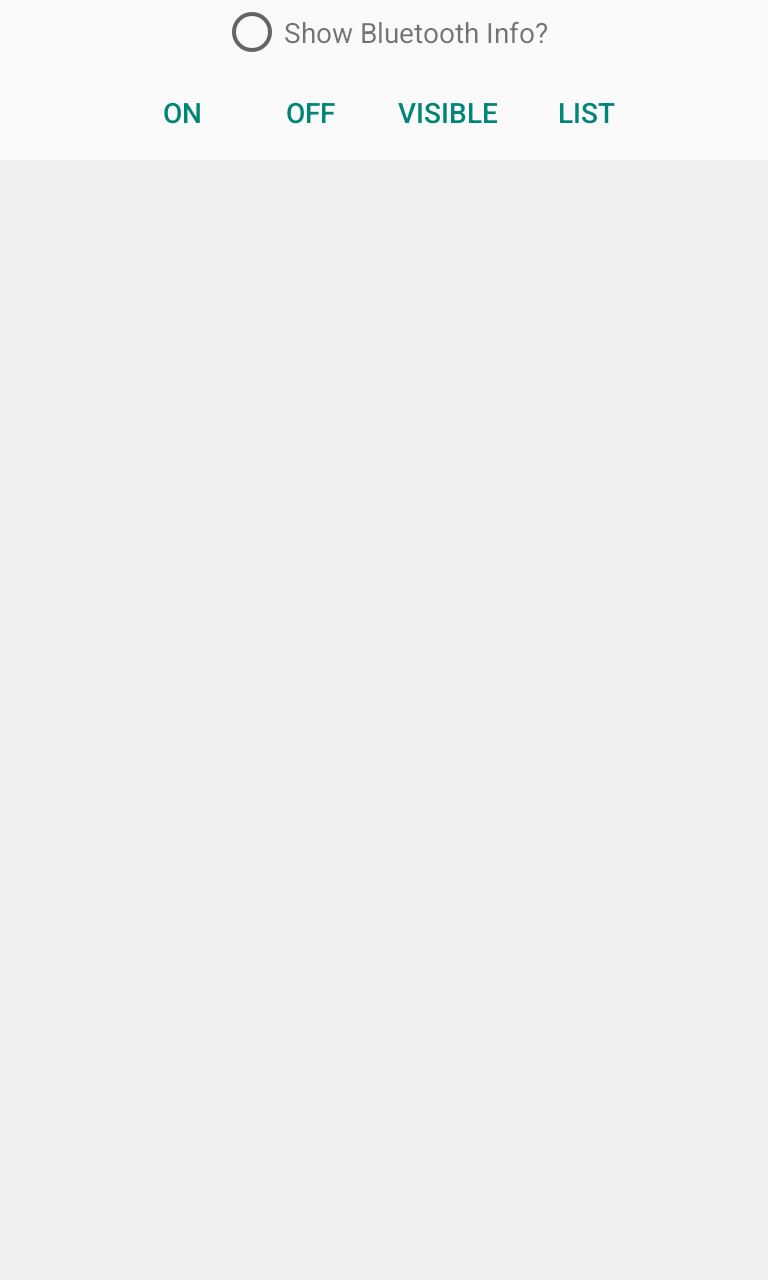
Repository: sdenom01/Anduino
Layout: Anduino/res/layout/activity_main.xml
An editor plug-in stored every save of this project. The layout is shown before and after the next save, followed by the edit.
It is drawn on a 768 x 1280 px phone screen (xhdpi) without system bars, with theme AppTheme; the app's code is not run. Lists and similar views that code fills are empty.

Above is the layout before, as saved 2014-07-08 21:41:50.

### Anduino/res/layout/activity_main.xml
<LinearLayout xmlns:android="http://schemas.android.com/apk/res/android"
    xmlns:tools="http://schemas.android.com/tools"
    android:layout_width="match_parent"
    android:layout_height="match_parent"
    android:orientation="vertical"
    tools:context="${packageName}.${activityClass}" >

    <LinearLayout
        android:id="@+id/bluetoothToggleLayout"
        android:layout_width="match_parent"
        android:layout_height="wrap_content"
        android:gravity="center"
        android:orientation="horizontal" >

        <RadioButton
            android:id="@+id/bluetoothToggle"
            android:layout_width="wrap_content"
            android:layout_height="wrap_content" />

        <TextView
            android:id="@+id/bluetoothToggleTitle"
            android:layout_width="wrap_content"
            android:layout_height="wrap_content"
            android:text="@string/ToggleBluetooth" />
    </LinearLayout>

    <!-- Bluetooth Information goes here -->

    <LinearLayout
        android:id="@+id/bluetoothInformation"
        android:layout_width="wrap_content"
        android:layout_height="wrap_content"
        android:orientation="vertical" >

        <LinearLayout
            android:layout_width="wrap_content"
            android:layout_height="wrap_content"
            android:layout_gravity="center"
            android:orientation="horizontal" >

            <Button
                android:id="@+id/button1"
                style="?android:attr/buttonBarButtonStyle"
                android:layout_width="wrap_content"
                android:layout_height="wrap_content"
                android:clickable="true"
                android:onClick="on"
                android:text="@string/On" />

            <Button
                android:id="@+id/button2"
                style="?android:attr/buttonBarButtonStyle"
                android:layout_width="wrap_content"
                android:layout_height="wrap_content"
                android:clickable="true"
                android:onClick="off"
                android:text="@string/Off" />

            <Button
                android:id="@+id/button3"
                style="?android:attr/buttonBarButtonStyle"
                android:layout_width="wrap_content"
                android:layout_height="wrap_content"
                android:clickable="true"
                android:onClick="visible"
                android:text="@string/Visible" />

            <Button
                android:id="@+id/button4"
                style="?android:attr/buttonBarButtonStyle"
                android:layout_width="wrap_content"
                android:layout_height="wrap_content"
                android:clickable="true"
                android:onClick="list"
                android:text="@string/List" />
        </LinearLayout>

        <LinearLayout
            android:layout_width="wrap_content"
            android:layout_height="wrap_content"
            android:orientation="horizontal" >

            <ListView
                android:id="@+id/listView1"
                android:layout_width="wrap_content"
                android:layout_height="wrap_content" />
        </LinearLayout>
    </LinearLayout>

    <!-- Color Picker will go here -->

    <LinearLayout
        android:id="@+id/colorPicker"
        android:layout_width="match_parent"
        android:layout_height="match_parent"
        android:background="#f0f0f0"
        android:orientation="horizontal" >
    </LinearLayout>

</LinearLayout>

### Anduino/res/values/strings.xml
<?xml version="1.0" encoding="utf-8"?>
<resources>

    <string name="app_name">Anduino</string>
    <string name="On">On</string>
    <string name="Off">Off</string>
    <string name="Visible">Visible</string>
    <string name="List">List</string>
    <string name="ToggleBluetooth">Show Bluetooth Info?</string>
</resources>

Loaded but not shown: Anduino/res/values/styles.xml (common file); Anduino/res/values-v11/styles.xml (common file); Anduino/res/values-v14/styles.xml (common file)

After the next save:
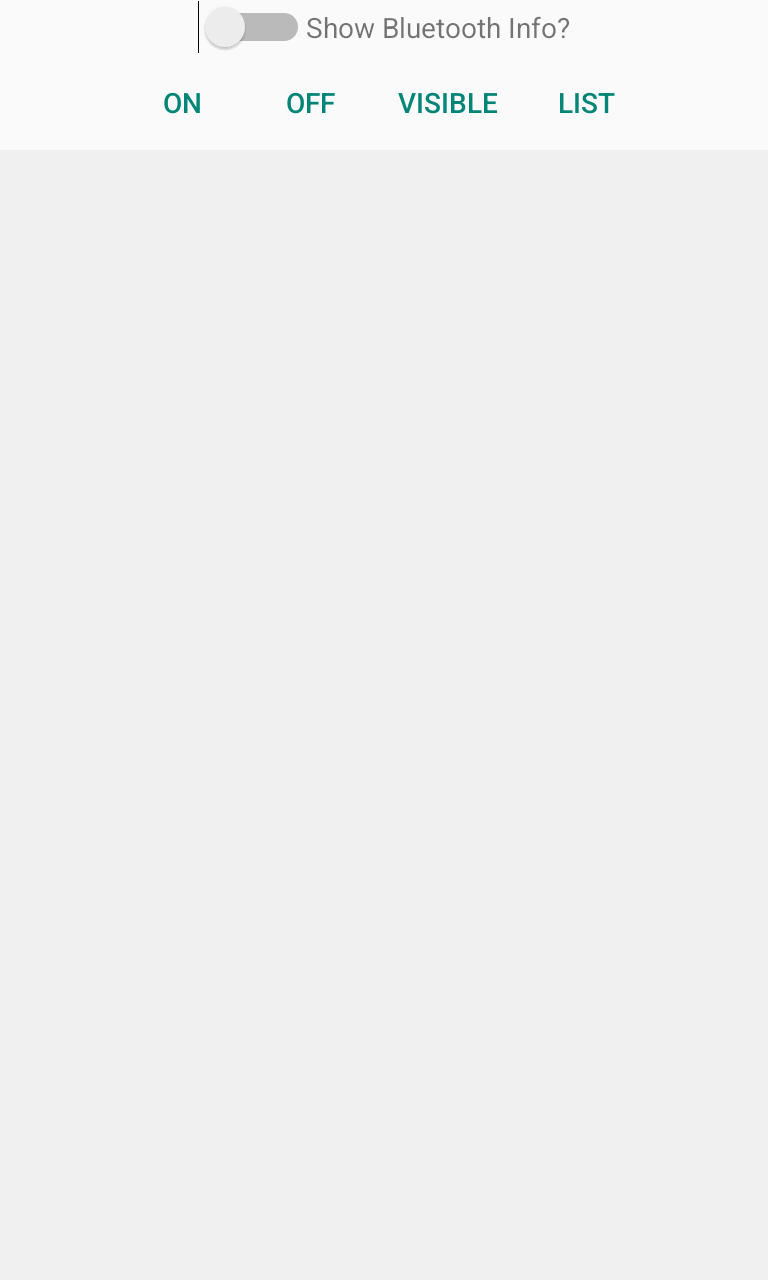
Saved 27 s later.
--- a/Anduino/res/layout/activity_main.xml
+++ b/Anduino/res/layout/activity_main.xml
@@ -12,7 +12,7 @@
         android:gravity="center"
         android:orientation="horizontal" >
 
-        <RadioButton
+        <Switch
             android:id="@+id/bluetoothToggle"
             android:layout_width="wrap_content"
             android:layout_height="wrap_content" />
